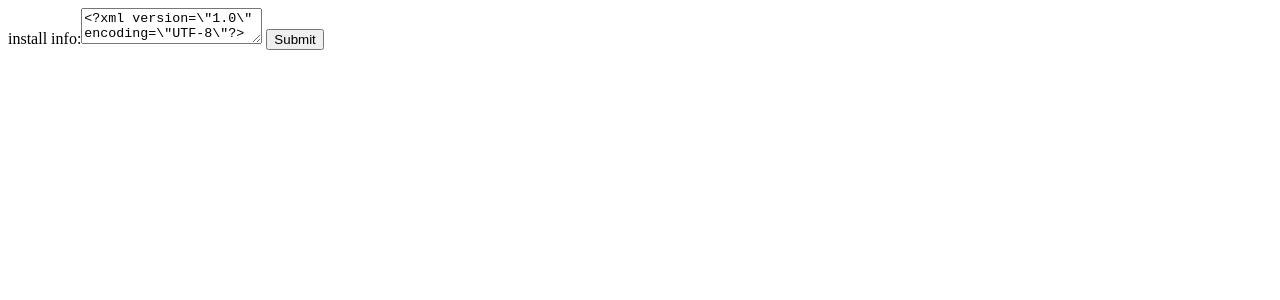
Repository: bleastrind/InternetOS
Page: http://localhost/InternetOS/appinstall.jsp
The author's editor kept a copy of each file at every save. The page is drawn from the files as they stood at one save, then again after the next save.
The browser window is 1280 px wide. The pictures show the whole page.
The page is served by Tomcat 9. Nobody is signed in. The application's start-up code is not run. Other server files are loaded and not shown.

Above is the page before, as saved 2011-04-14 14:58:11.

### InternetOS/WebContent/appinstall.jsp
<%@ page language="java" contentType="text/html; charset=ISO-8859-1"
    pageEncoding="ISO-8859-1"%>
<!DOCTYPE html PUBLIC "-//W3C//DTD HTML 4.01 Transitional//EN" "http://www.w3.org/TR/html4/loose.dtd">
<html>
<head>
<meta http-equiv="Content-Type" content="text/html; charset=ISO-8859-1">
<title>Install app</title>
</head>
<body>
	<form action="addApp" method="POST">
		install info:<textarea name="config"><?xml version=\"1.0\" encoding=\"UTF-8\"?>
		<Application>
		<Name>Test</Name>
		<Listeners>
			<HttpListener>
					<URL>http://localhost:8080/DemoApp/listener</URL>
					<MatchRule type=\"urlregex\">
						.*/signal/send.*
					</MatchRule>
			</HttpListener>
		</Listeners>
	</Application>

		</textarea>
		<input type="submit"/>
	</form>
</body>
</html>

After the next save:
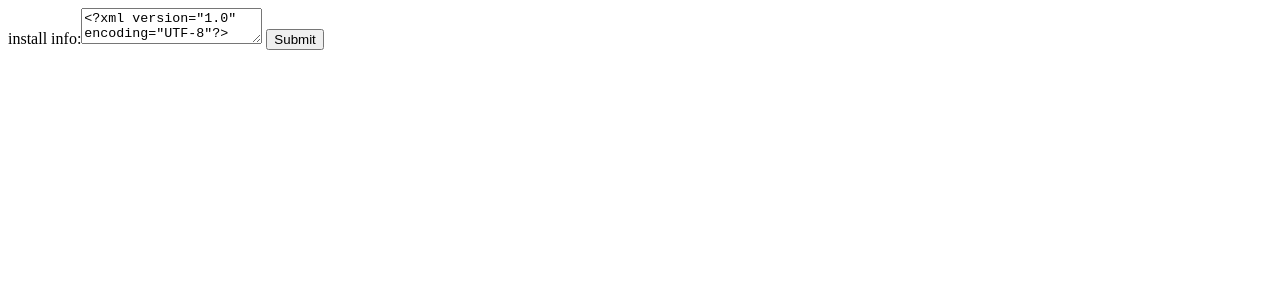
Saved 14 s later.
--- a/InternetOS/WebContent/appinstall.jsp
+++ b/InternetOS/WebContent/appinstall.jsp
@@ -8,13 +8,13 @@
 </head>
 <body>
 	<form action="addApp" method="POST">
-		install info:<textarea name="config"><?xml version=\"1.0\" encoding=\"UTF-8\"?>
+		install info:<textarea name="config"><?xml version="1.0" encoding="UTF-8"?>
 		<Application>
 		<Name>Test</Name>
 		<Listeners>
 			<HttpListener>
 					<URL>http://localhost:8080/DemoApp/listener</URL>
-					<MatchRule type=\"urlregex\">
+					<MatchRule type="urlregex">
 						.*/signal/send.*
 					</MatchRule>
 			</HttpListener>
